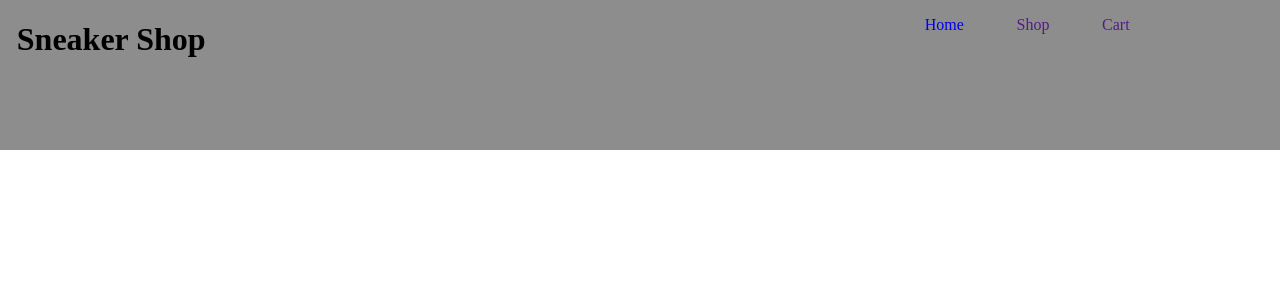
Repository: Siphamandla201/SneakerEcom
Page: products.html
An editor plug-in stored every save of this project. The page is shown before and after the next save, followed by the edit.
The browser window is 1280 px wide. The pictures show the whole page.

Above is the page before, as saved 2023-08-17 16:12:35.

### products.html
<!DOCTYPE html>
<html lang="en">
<head>
    <meta charset="UTF-8">
    <meta name="viewport" content="width=device-width, initial-scale=1.0">
    <title>Document</title>
    <style>
        body {
            margin: 0%;
            padding: 0%;
            box-sizing: border-box;
            overflow-x: hidden;
        }

        header {
            height: 150px;
            width: 100vw;
            display: flex;
            justify-content: space-around;
            background-color:#8d8d8d;
            gap: 40vw;

        }

        nav {
            width: 40%;
            display: flex;
            justify-content: space-around;
        }

        ul {
            width: 40%;
            display: flex;
            justify-content: space-between;
        }

        li {
            list-style: none;
        }

        li a {
            text-decoration: none;
        }

        .sneakers {
            display: flex;
            flex-wrap: wrap;
            justify-content: space-between;
            padding: 0px 50px;
        }

        .sneaker {
            width: 20%;
            height: 350px;
            border: 1px solid #ccc;
            padding: 10px;
            margin: 10px;
        }

        .sneaker img {
            width: 80%;
            height: 261.9px !important;
            display: block;
            margin: 0px auto 10px;
            border: 1px solid black;
        }

        .sneaker h3 {
            font-size: 1.2em;
            margin: 0;
        }

        .sneaker h4 {
            font-size: 1em;
            color:#8d8d8d;
            margin: 0;
        }

        .sneaker p {
            margin: 5px 0;
            font-size: 1.1em;
            font-weight: 600;
        }

    </style>
</head>
<body>
    <header>
        <h1>
            Sneaker Shop
        </h1>
        <nav>
            <ul>
                <li>
                    <a href="./index.html" target="_blank">Home</a>
                </li>
                <li>
                    <a href="" target="_blank">Shop</a>
                </li>
                <li>
                    <a href="" target="_blank">Cart</a>
                </li>
            </ul>
        </nav>
    </header>
    <main>
        <div class="sneakers">
            <!-- SNEAKERS DISPLAYED HERE -->
        </div>
    </main>
    <script src="main.js"></script>
</body>
</html>

### main.js
fetch('./index.php')
.then((res) => res.json())
.then(response => {
    console.log(response);
    let output = '';
    // let sneakerOutput = '';
    for(let i in response) {
        output += `
                    <tr>
                        <td>${response[i].id}</td>
                        <td>${response[i].brand}</td>
                        <td>${response[i].model}</td>
                        <td>$${response[i].price}</td>
                        <td class="del">Delete</td>
                        <td class="edit">Edit</td>
                    </tr>
        `;

        // sneakerOutput += `
        //             <div class="sneaker">
        //                     <img src="${response[i].imageUrl}" alt="${response[i].brand} ${response[i].model}" width="200">
        //                     <h3>${response[i].brand} ${response[i].model}</h3>
        //                     <p>Price: $${response[i].price}</p>
        //             </div>
        // `;
    }

     // For index.html
    if (document.querySelector('tbody')) {
        document.querySelector('tbody').innerHTML = output;
    }

    // For products.html
    if (document.querySelector('.sneakers')) {
        DisplayAllSneakers(response);
    }

}).catch(error => console.error(error));


function DisplayAllSneakers(response) { // Accept the response as a parameter
    // document.querySelector('.sneakers').innerHTML = ''; // Clear any existing content
    let output = '';

    for (let sneaker in response) {
        output += `
            <div class="sneaker">
                <img src="${response[sneaker].imageUrl}" alt="${response[sneaker].brand} ${response[sneaker].model}" width="200">
                <h3>${response[sneaker].model}</h3>
                <h4>${response[sneaker].brand}</h4>
                <p>Price: $${response[sneaker].price}</p>
            </div>
        `;
    }
    document.querySelector('.sneakers').innerHTML = output;
}

After the next save:
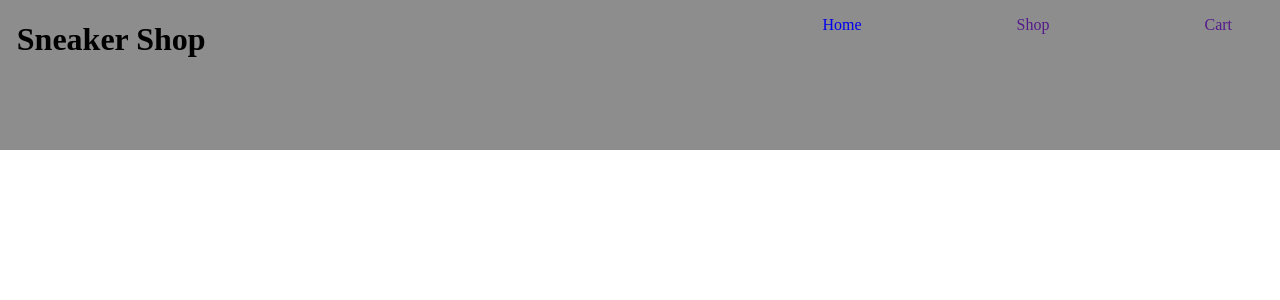
Saved 21 s later.
--- a/products.html
+++ b/products.html
@@ -29,7 +29,7 @@
         }
 
         ul {
-            width: 40%;
+            width: 80%;
             display: flex;
             justify-content: space-between;
         }
